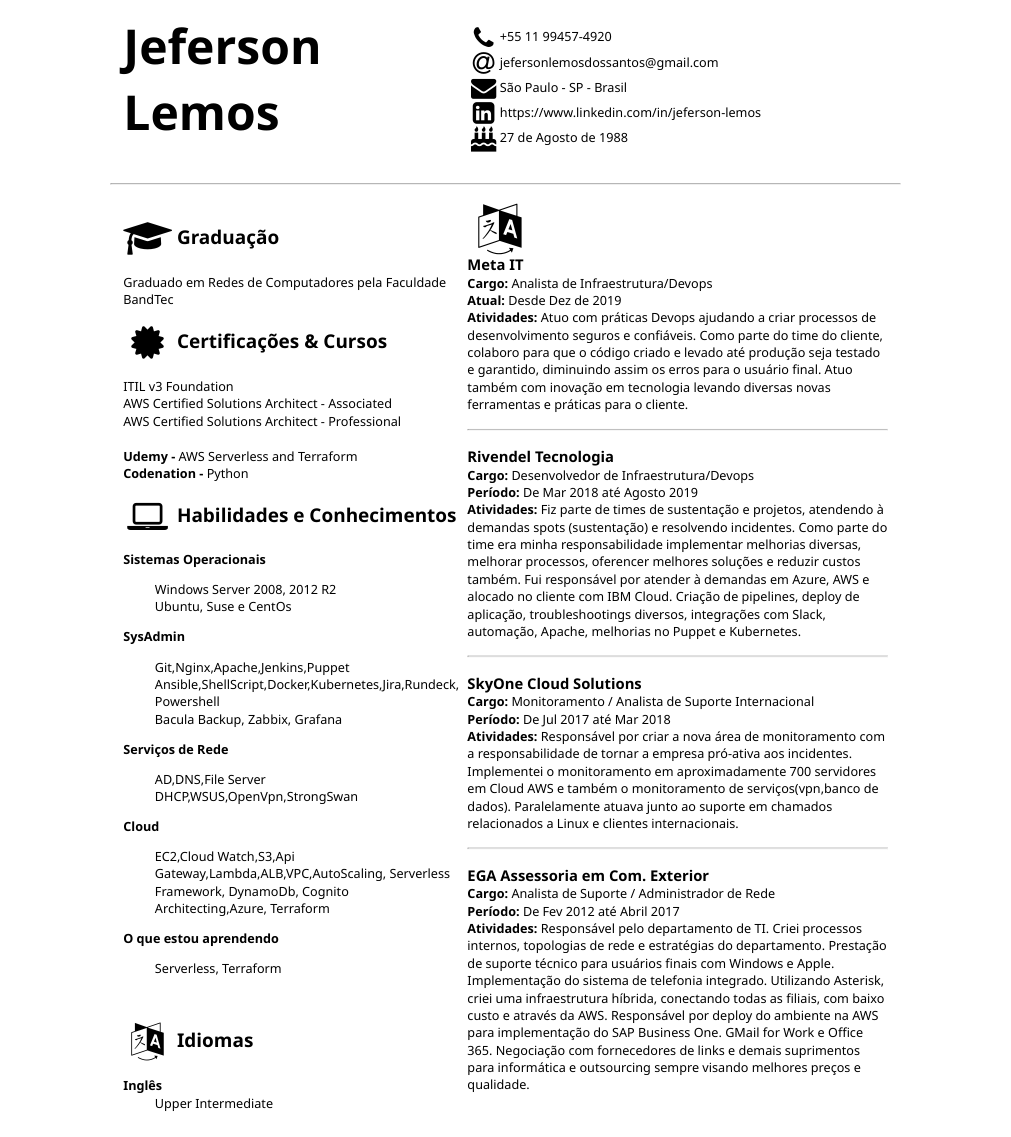
Repository: jefersonlemos/Resume-pt
Page: index.html
An editor plug-in stored every save of this project. The page is shown before and after the next save, followed by the edit.
The browser window is 1280 px wide. The pictures show the whole page, at 79% of full size.

Above is the page before, as saved 2020-06-15 12:03:33.

After the next save:
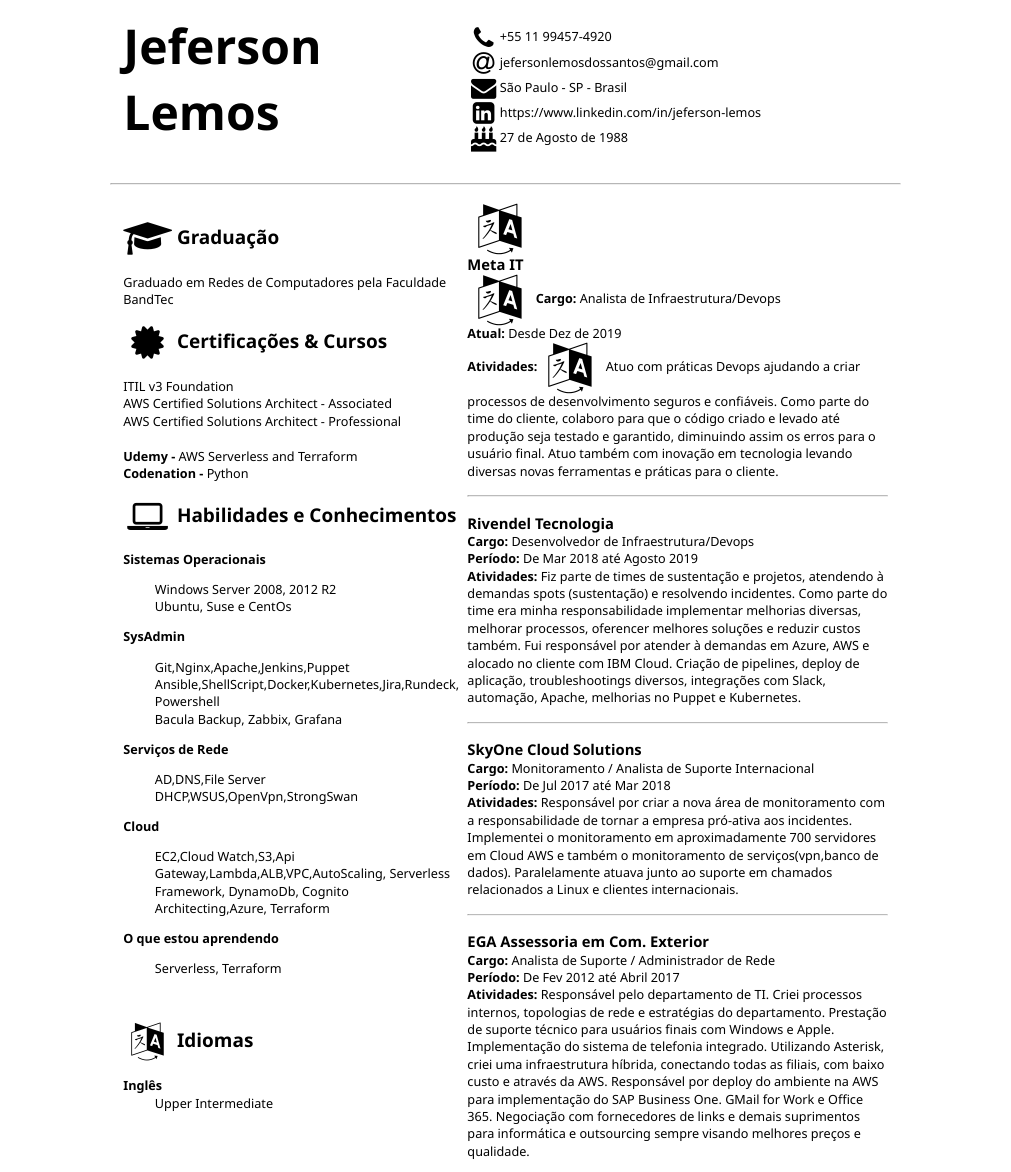
Saved 16 s later.
--- a/index.html
+++ b/index.html
@@ -107,9 +107,10 @@
                 <article>
                     <i class="fa fa-fw fa-4x fa-language"></i>
                     <h3>Meta IT</h3>
+                    <i class="fa fa-fw fa-4x fa-language"></i>
                     <strong>Cargo:</strong> Analista de Infraestrutura/Devops <br />
                     <strong>Atual:</strong> Desde Dez de 2019<br />
-                    <strong>Atividades:</strong> Atuo com práticas Devops ajudando a criar processos de desenvolvimento seguros e confiáveis. Como parte do time do cliente,
+                    <strong>Atividades:</strong><i class="fa fa-fw fa-4x fa-language"></i> Atuo com práticas Devops ajudando a criar processos de desenvolvimento seguros e confiáveis. Como parte do time do cliente,
                      colaboro para que o código criado e levado até produção seja testado e garantido, diminuindo assim os erros para o usuário final.
                      Atuo também com inovação em tecnologia levando diversas novas ferramentas e práticas para o cliente.
                     <hr />
